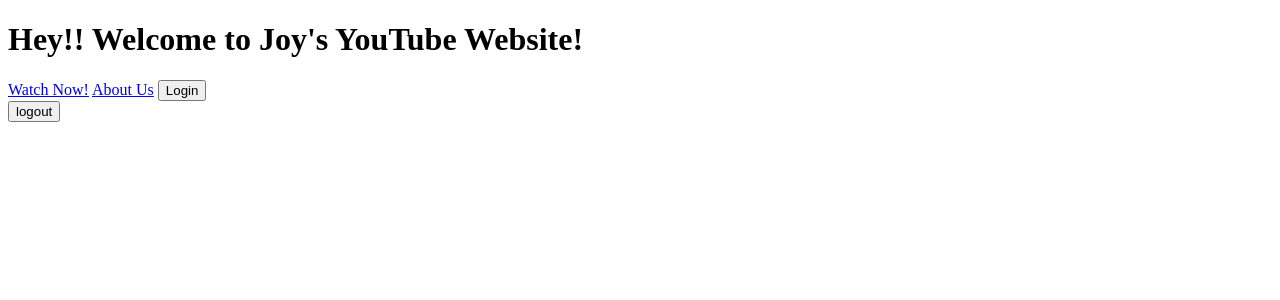
Repository: TheSonett/Java
Page: http://localhost/Login_System/
These files come from the project's save history. The page is drawn as it stood at one moment and after the next save; the edit follows.
The browser window is 1280 px wide. The pictures show the whole page.
The page is served by Tomcat 10.

Above is the page before, as saved 2023-08-01 07:27:06.

After the next save:
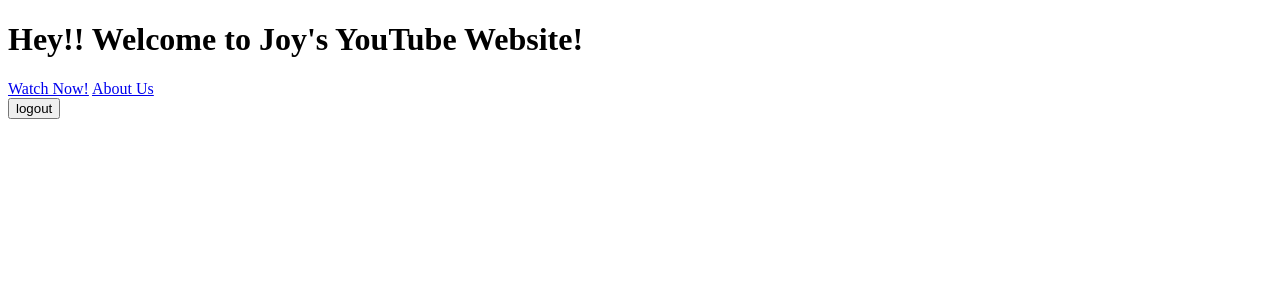
Saved 68 s later.
--- a/Java Servlet/Login System/src/main/webapp/index.jsp
+++ b/Java Servlet/Login System/src/main/webapp/index.jsp
@@ -11,7 +11,6 @@
 	<a href="videos.jsp">Watch Now!</a>
 	<a href="about.jsp">About Us</a>
 
-	<a href="login.jsp"><button>Login</button></a>
 	<form action="LogoutServlet">
 		<input type="submit" value="logout">
 	</form>
